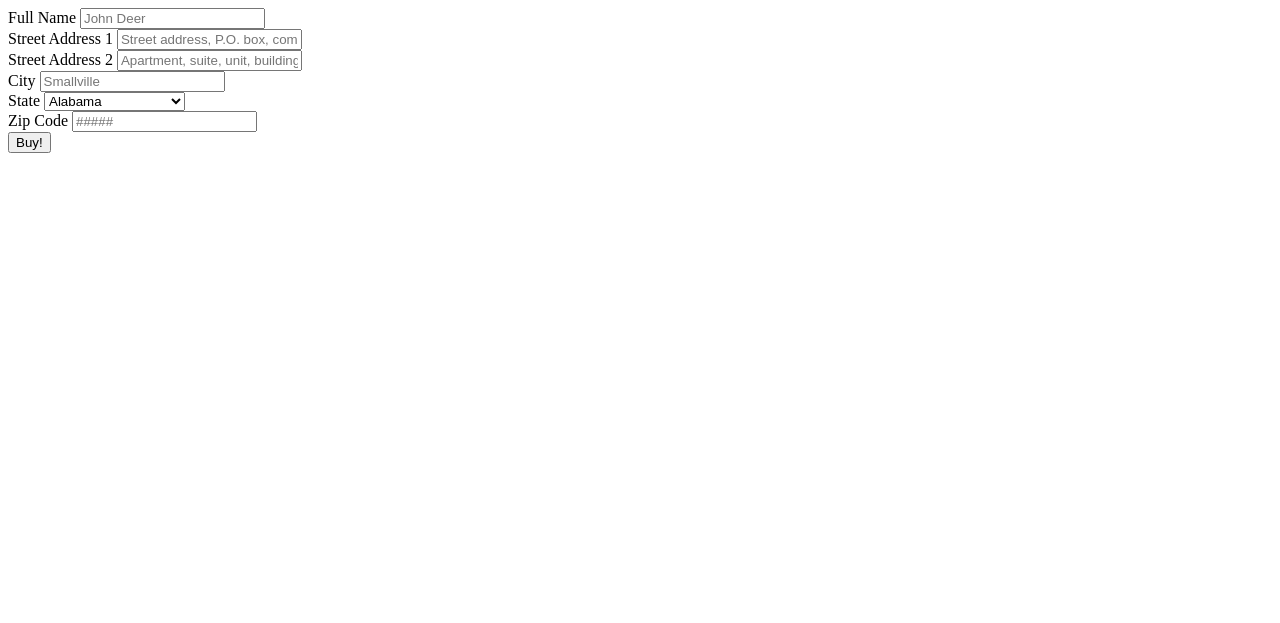
Repository: 31757/yash_webapp_01
Page: http://localhost/yash_webapp_01/WEB-INF/views/bill.jsp
These files come from the project's save history. The page is drawn as it stood at one moment and after the next save; the edit follows.
The browser window is 1280 px wide. The pictures show the whole page.
The page is served by Tomcat 9. Nobody is signed in. Other server files are loaded and not shown. The template is opened directly, without the code that normally fills it, so the values that code supplies are empty.

Above is the page before, as saved 2016-10-23 11:58:44.

### DT/yash_webapp_01/src/main/webapp/WEB-INF/views/bill.jsp
<form>

	<div class="form-group"> <!-- Full Name -->
		<label for="full_name_id" class="control-label">Full Name</label>
		<input type="text" class="form-control" id="full_name_id" name="full_name" placeholder="John Deer">
	</div>

	<div class="form-group"> <!-- Street 1 -->
		<label for="street1_id" class="control-label">Street Address 1</label>
		<input type="text" class="form-control" id="street1_id" name="street1" placeholder="Street address, P.O. box, company name, c/o">
	</div>

	<div class="form-group"> <!-- Street 2 -->
		<label for="street2_id" class="control-label">Street Address 2</label>
		<input type="text" class="form-control" id="street2_id" name="street2" placeholder="Apartment, suite, unit, building, floor, etc.">
	</div>

	<div class="form-group"> <!-- City-->
		<label for="city_id" class="control-label">City</label>
		<input type="text" class="form-control" id="city_id" name="city" placeholder="Smallville">
	</div>

	<div class="form-group"> <!-- State Button -->
		<label for="state_id" class="control-label">State</label>
		<select class="form-control" id="state_id">
			<option value="AL">Alabama</option>
			<option value="AK">Alaska</option>
			<option value="AZ">Arizona</option>
			<option value="AR">Arkansas</option>
			<option value="CA">California</option>
			<option value="CO">Colorado</option>
			<option value="CT">Connecticut</option>
			<option value="DE">Delaware</option>
			<option value="DC">District Of Columbia</option>
			<option value="FL">Florida</option>
			<option value="GA">Georgia</option>
			<option value="HI">Hawaii</option>
			<option value="ID">Idaho</option>
			<option value="IL">Illinois</option>
			<option value="IN">Indiana</option>
			<option value="IA">Iowa</option>
			<option value="KS">Kansas</option>
			<option value="KY">Kentucky</option>
			<option value="LA">Louisiana</option>
			<option value="ME">Maine</option>
			<option value="MD">Maryland</option>
			<option value="MA">Massachusetts</option>
			<option value="MI">Michigan</option>
			<option value="MN">Minnesota</option>
			<option value="MS">Mississippi</option>
			<option value="MO">Missouri</option>
			<option value="MT">Montana</option>
			<option value="NE">Nebraska</option>
			<option value="NV">Nevada</option>
			<option value="NH">New Hampshire</option>
			<option value="NJ">New Jersey</option>
			<option value="NM">New Mexico</option>
			<option value="NY">New York</option>
			<option value="NC">North Carolina</option>
			<option value="ND">North Dakota</option>
			<option value="OH">Ohio</option>
			<option value="OK">Oklahoma</option>
			<option value="OR">Oregon</option>
			<option value="PA">Pennsylvania</option>
			<option value="RI">Rhode Island</option>
			<option value="SC">South Carolina</option>
			<option value="SD">South Dakota</option>
			<option value="TN">Tennessee</option>
			<option value="TX">Texas</option>
			<option value="UT">Utah</option>
			<option value="VT">Vermont</option>
			<option value="VA">Virginia</option>
			<option value="WA">Washington</option>
			<option value="WV">West Virginia</option>
			<option value="WI">Wisconsin</option>
			<option value="WY">Wyoming</option>
		</select>
	</div>

	<div class="form-group"> <!-- Zip Code-->
		<label for="zip_id" class="control-label">Zip Code</label>
		<input type="text" class="form-control" id="zip_id" name="zip" placeholder="#####">
	</div>

	<div class="form-group"> <!-- Submit Button -->
		<button type="submit" class="btn btn-primary">Buy!</button>
	</div>

</form>

### DT/yash_webapp_01/src/main/webapp/WEB-INF/views/header.jsp
<%@ taglib prefix="c"  uri="http://java.sun.com/jsp/jstl/core" %>
<nav class="navbar navbar-inverse navbar-fixed-top">

  <div class="container-fluid">
    <div class="navbar-header">
      <a class="navbar-brand" href="#">WebSiteName</a>
    </div>
    <ul class="nav navbar-nav">
      <li class="active"><a href="<c:url value="/index"/>">Home</a></li>
      <li><a href="<c:url value="/about"/>">About</a></li>
      <li><a href="<c:url value="/Product"/>">Products</a></li>
      <li><a href="<c:url value="/contact"/>">Contact</a></li>
      <li><a href="<c:url value="/viewdetails"/>">View All</a></li>
      <li><a href="<c:url value="/pro/view"/>">CRUD</a></li>
    </ul>
    <ul class="nav navbar-nav navbar-right">
     <li><a href="<c:url value="/login"/>"><span class="glyphicon glyphicon-log-in"></span>Log In</a></li>
          <li><a href="<c:url value="/signin"/>"><span class="glyphicon glyphicon-user"></span>Sign Up</a></li>
          <li><a href="<c:url value="/loginadmin"/>"><span class="glyphicon glyphicon-log-in"></span></a></li>

    </ul>
  </div>
</nav>

### DT/yash_webapp_01/src/main/webapp/WEB-INF/views/footer.jsp
<style>
#footer{background:#336; padding-top:30px; padding-bottom:30px; text-align:center; border-top:solid 4px #303}
#footer p{padding:10px; color:#fff}
.dont-remove{color:#fff !important; text-decoration:none !important; font-weight:700}
.rights{display:inline-block; border-top:solid 1px rgba(103, 58, 183, 0.3)}

</style>
<footer id="footer">
<div class="container">
        <p class="social"><a href=""><i class="fa fa-facebook"></i></a> <a href=""><i class="fa fa-twitter"></i></a> <a href=""><i class="fa fa-linkedin"></i></a> <a href=""><i class="fa fa-google-plus"></i></a></p>

<p class="rights">Copyright @2016 Your Company Name. Designed By <!-- dont remove link --><a class="dont-remove" href="http://webdeveloperbareilly.in" target="_blank">Web Developer Bareilly</a></p>


</div>
</footer>

After the next save:
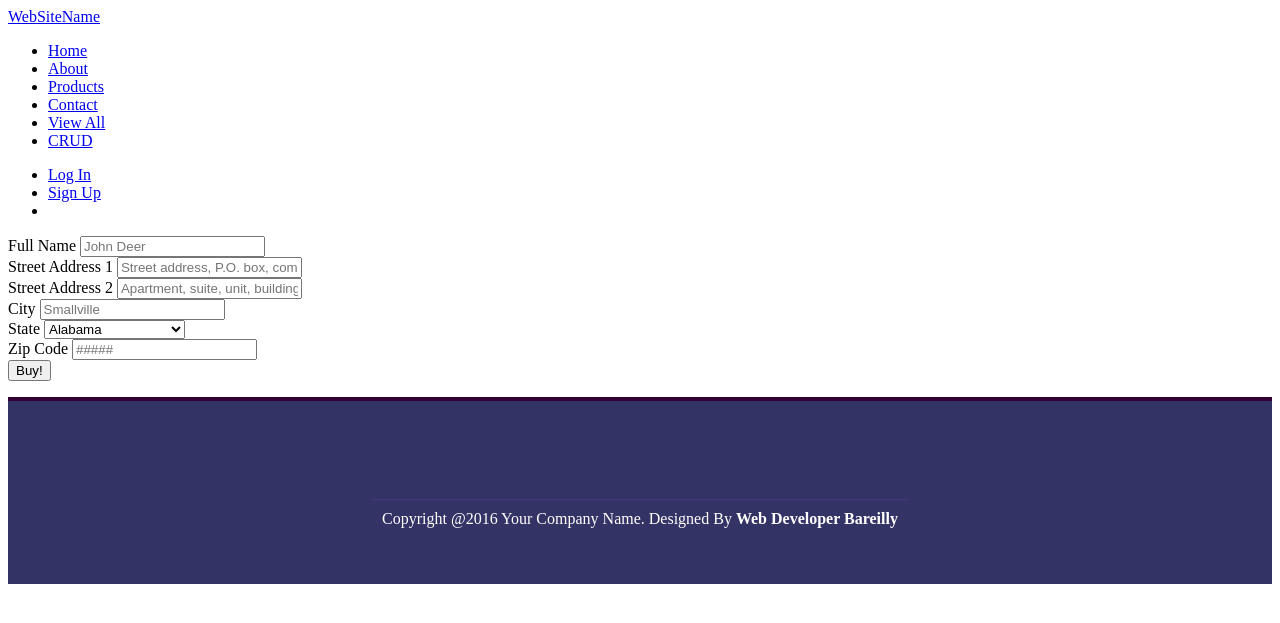
Saved 45 s later.
--- a/DT/yash_webapp_01/src/main/webapp/WEB-INF/views/bill.jsp
+++ b/DT/yash_webapp_01/src/main/webapp/WEB-INF/views/bill.jsp
@@ -1,3 +1,4 @@
+<jsp:include page="header.jsp"/>
 <form>
 
 	<div class="form-group"> <!-- Full Name -->
@@ -87,3 +88,4 @@
 	</div>
 
 </form>
+<jsp:include page="footer.jsp"/>
